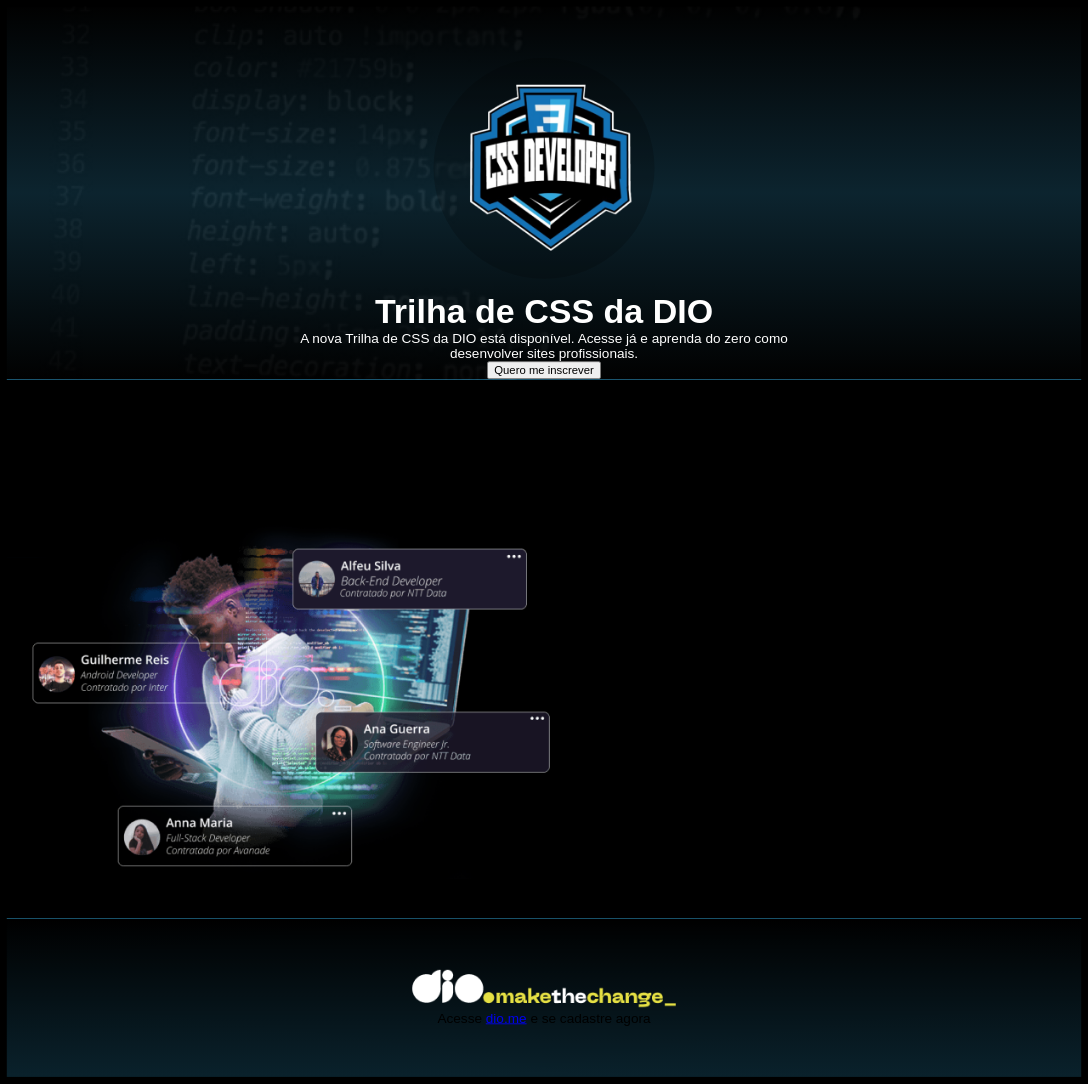
Repository: Zoemateus324/landing-page
Page: index.html
The author's editor kept a copy of each file at every save. The page is drawn from the files as they stood at one save, then again after the next save.
The browser window is 1280 px wide. The pictures show the whole page, at 85% of full size.

Above is the page before, as saved 2024-11-23 10:37:11.

### index.html
<!DOCTYPE html>
<html lang="en">

<head>
    <meta charset="UTF-8">
    <meta http-equiv="X-UA-Compatible" content="IE=edge">
    <meta name="viewport" content="width=device-width, initial-scale=1.0">
    <link rel="stylesheet" href="./assets/styles.css">
    <title>Trilha de CSS - DIO</title>
</head>

<body>
    <header class="banner">
        <div class="banner-content">
            <div class="logo">
                <img src="assets/images/logo.png" title="Logotipo Trilha de CSS DIO" alt="Logotipo Trilha de CSS DIO">
            </div>
            <h1>Trilha de CSS da DIO</h1>
            <p>A nova Trilha de CSS da DIO está disponível. Acesse já e aprenda do zero como desenvolver sites profissionais.</p>
            <button>Quero me inscrever</button>
        </div>
    </header>
    <main>
        <section id="course-content">
            <h2>O que vou aprender?</h2>
            <p>
                Temos 3 módulos recheados de conteúdos do básico ao avançado para que você aprenda a desenvolver sites profissionais utilizando somente HTML e CSS: sem nenhuma biblioteca ou framework a mais.
            </p>
            <div class="modules-list">
                <div class="module">
                    <span>Módulo 01:</span> primeiros passos com CSS
                </div>
                <div class="module">
                    <span>Módulo 02:</span> trabalhando com layouts no CSS
                </div>
                <div class="module">
                    <span>Módulo 03:</span> refinando os estilos CSS das nossas páginas
                </div>
            </div>
        </section>
        <section id="transform-world">
            <p>TRANSFORME O MUNDO COM A GENTE</p>
        </section>
        <section id="professional-challenges">
            <h2>Evolua e encare novos desafios profissionais</h2>
            <img src="assets/images/professional-challenges.png" title="Homem lendo depoimentos em um tablet" alt="Homem lendo depoimentos em um tablet">
            <p>
                Junte-se ao nosso ecossistema e transforme o mundo com a gente! Todos os dias dezenas de empresas acessam a nossa plataforma em busca dos talentos mais criativos, dinâmicos e colaborativos, além do conhecimento técnico. A nossa missão é te preparar para
                que você conecte-se com as melhores oportunidades.
            </p>
        </section>
    </main>
    <footer>
        <img class="dio-logo" src="assets/images/dio-logo.png" title="Logotipo DIO com o texto make the change" alt="Logotipo DIO com o texto make the change">
        <p>Acesse <a href="https://dio.me">dio.me</a> e se cadastre agora</p>
    </footer>
</body>

</html>

### assets/styles.css
body{
    background-color:black;
    display:block;
    margin:8px;
}
*{
    font-family:'Raleway', sans-serif;
    box-sizing:border-box;
    margin:0;
}

.banner{
    background-image:linear-gradient(rgba(0,0,0,.6), rgba(49,168,221,.2), rgba(0,0,0,.6)),url(./assets/images/banner.png);
    background-size:cover;
    background-repeat:no-repeat;
    height:600;
    padding-top:60px;
    border-bottom:1px solid #33A8DB80;
}
.banner .logo{
    background-color:rgba(0,0,0,.2);
    height:260px;
    width:260px;
    margin:auto;
    border-radius:50%;
    padding:16px;
    margin-bottom:16px;
}
.banner h1{
    font-size:2.5rem;
    font-weight:900;
    text-transform
}
.banner .banner-content{
    color:white;
    width:600px;
    margin:auto;
    text-align:center;
}
div{
    display:block;

}
main{
    display:block;
}

footer{
    padding:60px 0;
    text-align:center;
    background-image:linear-gradient(rgba(50,168,219,.0),rgba(50,168,219,.2));
    border-top: 1px solid #33A8DB80;
}

After the next save:
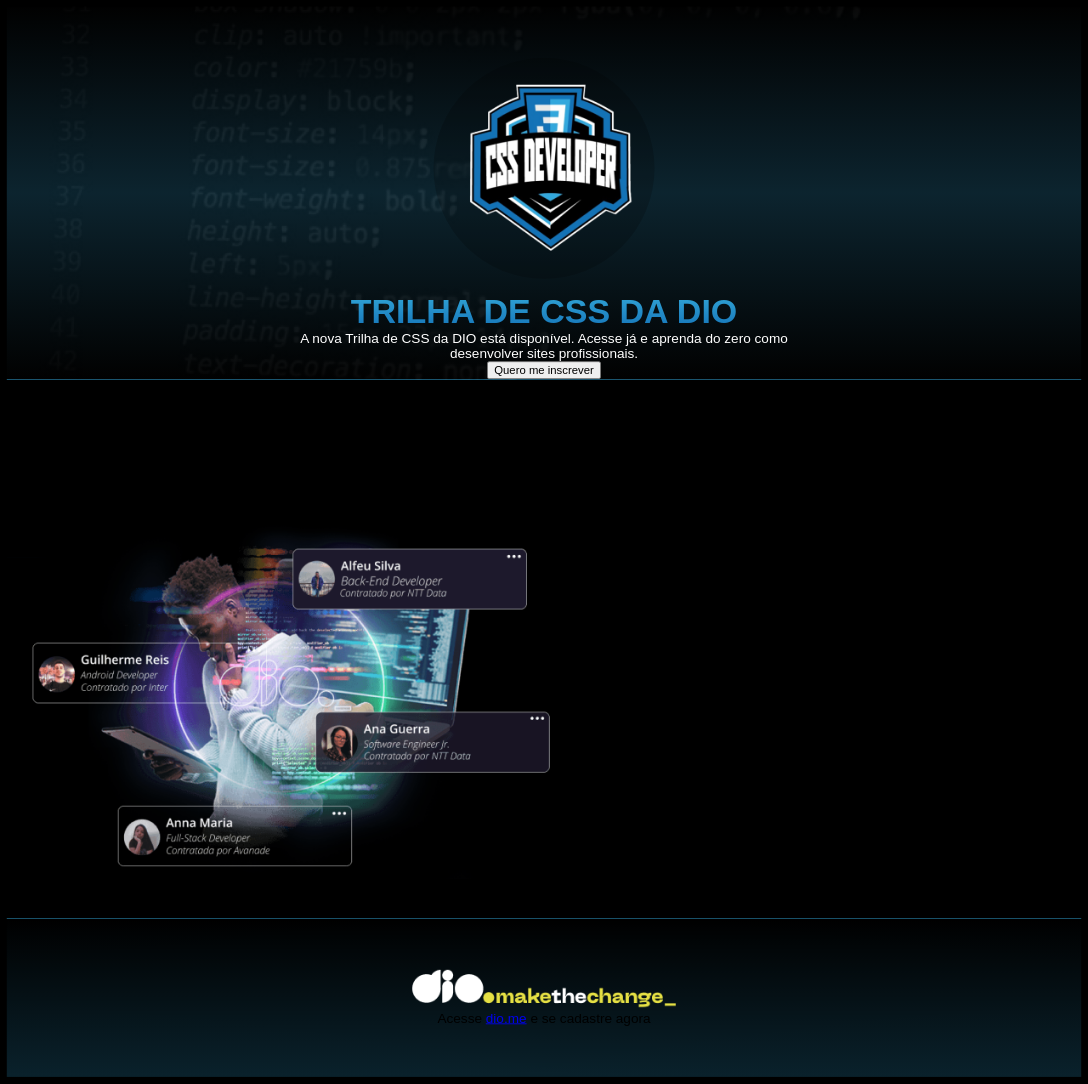
Saved 3 min 29 s later.
--- a/assets/styles.css
+++ b/assets/styles.css
@@ -29,7 +29,11 @@
 .banner h1{
     font-size:2.5rem;
     font-weight:900;
-    text-transform
+    text-transform:uppercase;
+    color:transparent;
+    background:-webkit-linear-gradient(#33A8D8, #1472B7);
+    background clip:text;
+    -webkit-background-clip:text;
 }
 .banner .banner-content{
     color:white;
